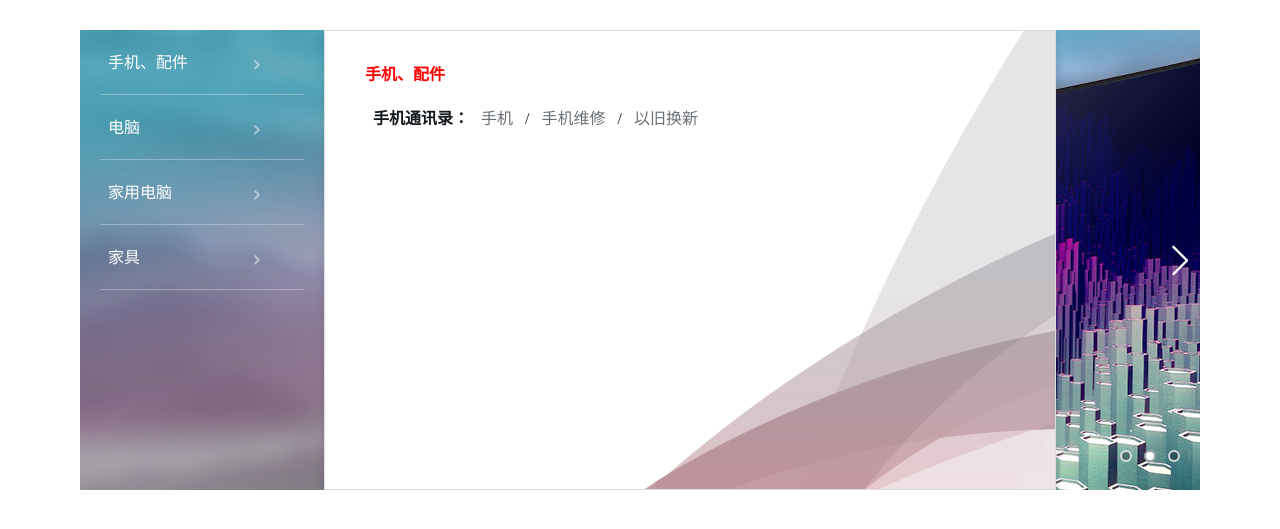
Repository: zhenzhen-gong/JSslider
Page: index.html
An editor plug-in stored every save of this project. The page is shown before and after the next save, followed by the edit.
The browser window is 1280 px wide. The pictures show the whole page.

Above is the page before, as saved 2020-06-06 18:58:47.

### index.html
<!DOCTYPE html>
<html lang="en">

<head>
    <meta charset="UTF-8">
    <meta name="viewport" content="width=device-width, initial-scale=1.0">
    <title>JS实现轮播图</title>
    <link rel="stylesheet" href="style.css">
    <script src="js.js"></script>
</head>

<body>
    <div class="main" id="main">
        <!-- 导航栏 -->
        <div class="menu-box">
            <div class="menu-title">
                <a href="#">
                    <span class="text">手机、配件</span><span class="ico">&#xe665;</span>
                </a>
            </div>
            <div class="menu-title">
                <a href="#">
                    <span class="text">电脑</span><span class="ico">&#xe665;</span>
                </a>
            </div>
            <div class="menu-title">
                 <a href="#">
                    <span class="text">家用电脑</span><span class="ico">&#xe665;</span>
                </a>
            </div>
            <div class="menu-title">
                <a href="#">
                    <span class="text">家具</span><span class="ico">&#xe665;</span>
                </a>
            </div>
        </div>
        <!-- 子菜单 -->
        <div class="menu-content">
            <!-- 每个一级menu对应的内容 -->
            <div class="content-box">
                <h4>手机、配件</h4>
                <ul>
                    <li>
                        <span class="title">手机通讯录：</span>
                        <a href="#">手机</a>
                        <span>/</span>
                        <a href="#">手机维修</a>
                        <span>/</span>
                        <a href="#">以旧换新</a>
                    </li>
                    <li></li>
                    <li></li>
                    <li></li>
                    <li></li>
                </ul>
            </div>
        </div>
        <!-- 图片轮播 -->
        <div class="slider" id="slider">
            <a href="">
                <div class="img img1 img-active"></div>
            </a>
            <a href="">
                <div class="img img2"></div>
            </a>
            <a href="">
                <div class="img img3"></div>
            </a>
        </div>
        <!-- 左右箭头 -->
        <span class="button left" id="pre"></span>
        <span class="button right" id="next"></span>
        <!-- 圆点切换 -->
        <div class="circle" id="circle">
            <span class="active"></span>
            <span></span>
            <span></span>
        </div>
        <div class="nav"></div>
        <div class="content"></div>
    </div>
</body>

</html>

### style.css
*{
    margin: 0;
    padding: 0;
}
ul{
    list-style: none;
}
@font-face {font-family: 'iconfont';
    src: url('../img/font/iconfont.eot');
    src: url('../img/font/iconfont.eot') format('embedded-opentype'),
    url('../img/font/iconfont.woff') format('woff'),
    url('../img/font/iconfont.ttf') format('truetype'),
    url('../img/font/iconfont.svg#iconfont') format('svg');
}
body{
    font-family: "微软雅黑";
    color: #14191e;
}
.main{
    position: relative;
    width: 1120px;
    height: 460px;
    margin: 30px auto;
    overflow: hidden;
}
.slider{
    position: relative;
    width: 1120px;
    height: 460px;
}
.img{
    position: absolute;
    width: 1120px;
    height: 460px;
    background-repeat: no-repeat;
    overflow: hidden;
    display: none;
}
.img1{
    background-image: url(img/bg1.jpg);
}
.img2{
    background-image: url(img/bg2.jpg);
}
.img3{
    background-image: url(img/bg3.jpg);
}
.img-active{
    display: block;
}
.button{
    position: absolute;
    width: 40px;
    height: 80px;
    left: 244px;
    top: 50%;
    margin-top: -40px;
    background:url(img/arrow.png) no-repeat center center ;
}
.button:hover{
    background-color: #333;
    opacity: 0.3;
    filter: alpha(opacity=80);/*是为了解决兼容问题，属于css3的filter属性*/
}
.right{
    left: auto;
    right: 0;
}
.left{
    transform: rotate(180deg);
}
.circle{
    position: absolute;
    right: 20px;
    bottom: 24px;
}
.circle span{
    display: inline-block;
    height: 12px;
    width: 12px;
    border-radius: 50%;
    background-color: rgba(7, 17, 27, 0.4);
    margin-left: 8px;
    box-shadow: 0 0 0 2px rgba(255, 255, 255, 0.8) inset;
    cursor: pointer;
}
.circle span.active{
    background-color: #ffffff;
    box-shadow: 0 0 0 2px rgba(7, 17, 27, 0.4) inset;
}
.menu-box{
    position: absolute;
    left: 0;
    top: 0;
    z-index: 1;
    width: 244px;
    height: 460px;
    background-color: rgba(7, 17, 27, 0.3);
}
.menu-title{
    position: relative;
    padding: 0 8px;
    margin: 0 20px;
    border-bottom: 1px solid rgba(255, 255, 255, 0.3);
    height: 64px;
    line-height: 66px;
}
.menu-title a{
    text-decoration: none;
    color: #5e5e5e;
    font-size: 16px;
    color: #ffffff;
}
.menu-title .ico{
    position: absolute;
    right: 32px;
    top: 2px;
    font-size: 30px;
    font-family: "iconfont";
    color: rgba(255, 255, 255, 0.5);
}
.menu-content{
    position: absolute;
    left: 244px;
    top: 0;
    width: 730px;
    height: 458px;
    border: 1px solid #d9dde1;
    z-index: 1;
    box-shadow: 0 4px 8px 0 rgba(0, 0, 0, 0.1);
    background: url(img/fe.png) no-repeat;
}
.content-box{
    width: 100%;
    height: 100%;
    padding: 30px 40px;
    box-sizing: border-box;
}
.content-box h4{
    color: red;
}
.content-box ul{
    margin-top: 20px;
}
.content-box a{
    text-decoration: none;
    color: rgba(7, 17, 27,0.6);
}
.content-box .title{
    font-weight: bolder;
}
.content-box span{
    padding: 0 8px;
}

### js.js
window.onload = function () {
    function byId(id){
        return typeof(id) === "string"? document.getElementById(id):id;
      }
      var index = 0,
          timer =null,
          sliders = byId("slider").getElementsByTagName("div"),
          circles = byId("circle").getElementsByTagName("span"),
          len = sliders.length,
          pre = byId("pre"),
          next = byId("next")

     function imgSlider(){
         var main = byId("slider")
        //   鼠标移动到图片上方，图片停止切换
        main.onmouseover = function(){
          if(timer) clearInterval(timer)
        }
        // 鼠标移出图片区域时，图片继续滑动
        main.onmouseout = function(){
            timer = setInterval(function(){
                index++;
                if(index>=len){
                    index = 0;
                }
                // 切换图片
                changeImg()
            }, 3000);
        }
        main.onmouseout();
        //点击圆点切换图片
        // 1、找到所有圆点  并为每个圆点绑定click事件
        for(let i = 0;i<len;i++){
            circles[i].id = i
            circles[i].onclick = function(){
               index = i
                //2、调用切换图片的函数
            changeImg()
            }
        }
        // 给左右箭头绑定点击事件
        next.onclick = function(){
            index++;
            if(index>=len) index=0
            changeImg()
        }
        pre.onclick = function(){
            index--;
            if(index<0) index = len - 1
            changeImg()
        }
     }
     function changeImg(){
         // 当前图片的display属性为block，其他为none；
         for (let i = 0;i<len;i++){
             sliders[i].style.display = "none"
             circles[i].className = " " //清除所有小圆点上的类，在当前小圆点上增加active类名  实现点击哪个小圆点，那个小圆点的样式改变
         }
         sliders[index].style.display = "block"
         circles[index].className = "active"
     }
     imgSlider()
}

After the next save:
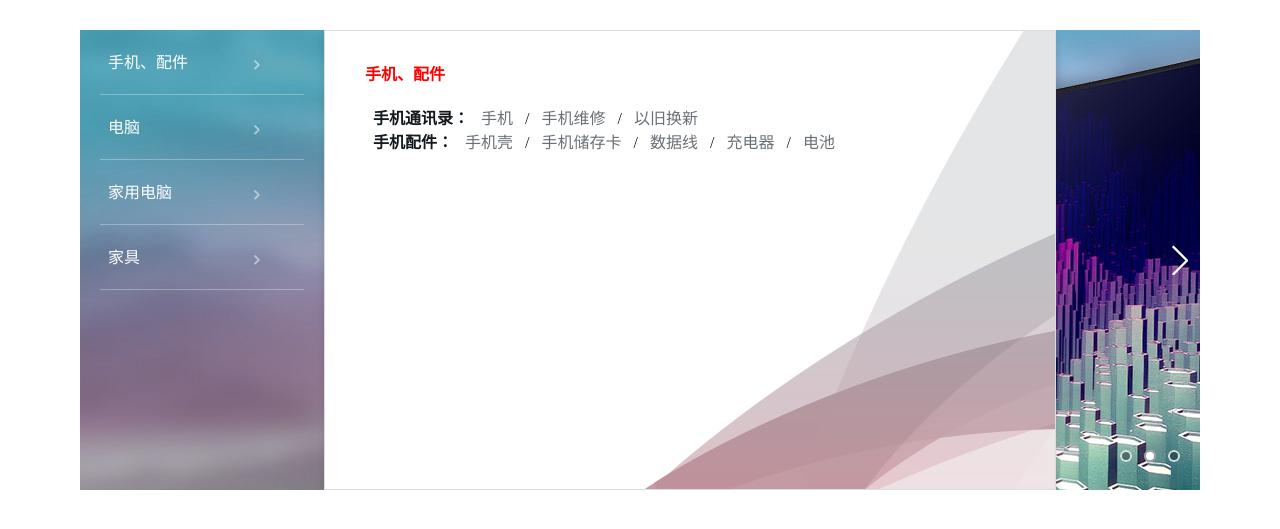
Saved 108 s later.
--- a/index.html
+++ b/index.html
@@ -48,7 +48,18 @@
                         <span>/</span>
                         <a href="#">以旧换新</a>
                     </li>
-                    <li></li>
+                    <li>
+                        <span class="title">手机配件：</span>
+                        <a href="#">手机壳</a>
+                        <span>/</span>
+                        <a href="#">手机储存卡</a>
+                        <span>/</span>
+                        <a href="#">数据线</a>
+                        <span>/</span>
+                        <a href="#">充电器</a>
+                        <span>/</span>
+                        <a href="#">电池</a>
+                    </li>
                     <li></li>
                     <li></li>
                     <li></li>
